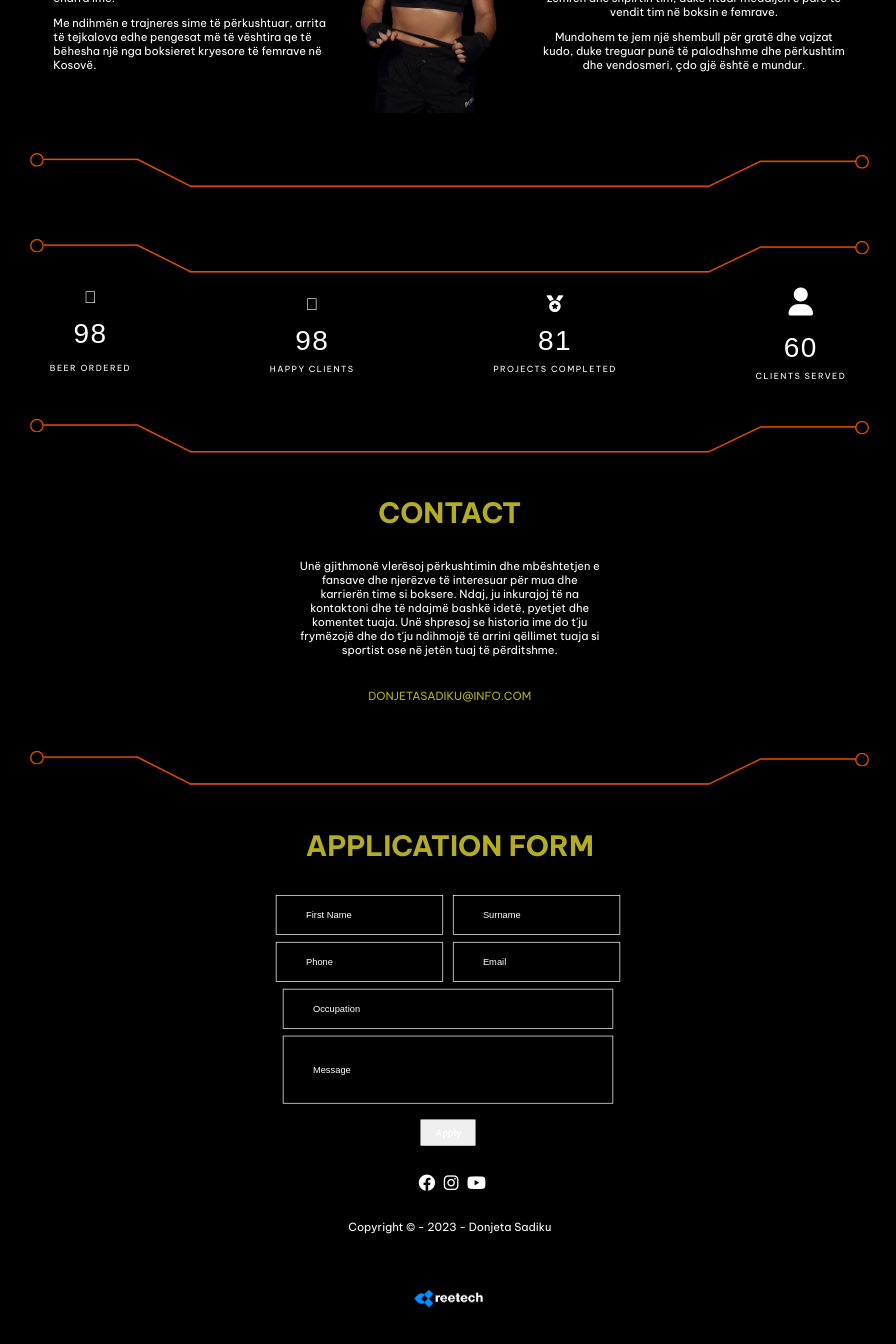
Repository: milot-morina/ds-boxing
Page: DS-Portfolio/index.html
An editor plug-in stored every save of this project. The page is shown before and after the next save, followed by the edit.
The browser window is 1280 px wide. The pictures show the part of the page from y = 2431 to 4351 px (the page is 4351 px tall before and 4349 px after), at 70% of full size.
A picture or video elsewhere on the page could not be fetched, so the positions and the page height are approximate.

Above is the page before, as saved 2023-03-22 08:28:24.

### DS-Portfolio/index.html
<!DOCTYPE html>
<html lang="en">
<head>
  <meta charset="UTF-8">
  <meta http-equiv="X-UA-Compatible" content="IE=edge">
  <meta name="viewport" content="width=device-width, initial-scale=1.0">
  <title>Donjeta Sadiku</title>
  <link rel="stylesheet" href="style.css">
  <link rel="stylesheet" href="https://cdnjs.cloudflare.com/ajax/libs/font-awesome/6.0.0-beta2/css/all.min.css" integrity="sha512-YWzhKL2whUzgiheMoBFwW8CKV4qpHQAEuvilg9FAn5VJUDwKZZxkJNuGM4XkWuk94WCrrwslk8yWNGmY1EduTA==" crossorigin="anonymous" referrerpolicy="no-referrer" />
  <link rel="icon" href="logofinal.png" type="image/icon type" style="width: 100%;">
  <link href="https://fonts.googleapis.com/css2?family=Be+Vietnam+Pro:wght@400;500;700&display=swap" rel="stylesheet">
</head>
<body>

  <section class="section1" id="home">
    <video muted autoplay loop style="pointer-events: none;">
      <source src="DS-Glitch.mp4" type="video/mp4">
    </video>
    <header class="hidden3">
      <div class="container">
        <nav class="navbar">
          <div class="brand-title">
            <img src="unitetiLogoFinal.png" alt="" width="130px">
          </div>
          <a href="#" class="toggle-button">
            <span class="bar"></span>
            <span class="bar"></span>
            <span class="bar"></span>
          </a>
          <div class="navbar-links">
            <ul>
              <li><a href="#home" class="home-btn">HOME</a></li>
              <li><a href="#club" class="header-club">CLUB</a></li>
              <li><a href="#contact" class="header-link a">CONTACT</a></li>
              <li><a href="#form" class="header-link a">FORM</a></li>
            </ul>
            <div class="socials">
            <i class="fa-brands fa-facebook"><a href="https://www.youtube.com/watch?v=dQw4w9WgXcQ"></a></i>
            <i class="fa-brands fa-instagram"></i>
            <i class="fa-brands fa-youtube"></i>
            <i class="fa-brands fa-app-store-ios"></i>
          </div>
          </div>

        </nav>
      </div>
    </header>
  </section>


  <img src="separator2.png" alt="" width="100%" style="margin-top: 40px;" class="first-seperator">


  <section class="section2 container row" id="club">

    <div class="images hidden2">
      <img src="handsUp.jpg" alt="">
    </div>
    <div class="text hidden">
      <p class="section-h hidden3">HISTORIA SHKRUHET!</p>
      <p class="section2-p hidden3">Nuk ka fjalë për t'u shprehur se sa krenare isha për të përfaqësuar vendin tim në skenën dhe për të marrë medalje ne kete nivel. Ishte një ndjenjë e mrekullueshme të përfaqësosh vendin tënd dhe të ndjehesh si një ambasador i saj në arenën nderkombetare.</p>
      <p class="section2-p hidden3">Në çdo moment të kësaj përvojeje, isha e mbuluar nga emocionet për rëndësinë që kjo ngjarje kishte për popullin tim dhe për boksierët shqiptarë. Nuk ishte thjesht një fitore personale, por ishte një fitore që përfaqësoi përparimin e boksi shqiptar dhe mundësinë e një të ardhme të ndritshme për sportin në vendin tonë.</p>
      <p class="section2-p hidden3">Kur mora medaljen olimpike, ndjeva një ndjenjë të thellë krenarie dhe një ndjesi të vërtetë prej triumfi. Ishte si të isha i gjithë vendlindja ime, duke festuar këtë arritje të madhe me mua. Nuk mund të mendoja për ndonjë gjë më të rëndësishme në atë moment, dhe do të mbaj gjithmonë këtë kujtim në zemrën time.</p>

    </div>

  </section>

  <img src="separator2.png" alt="" width="100%" style="margin-top: 30px;">


  <section class="section3 container">
    <p class="section-h">MEDALJET FLASIN VET!</p>
   <div class="row">
    <div class="text hidden2">
      <p>Viti me i suksesshem ne karrieren time . Solla dy medalje nje evropiane e një botërore. Dëshmova që une Donjeta Sadiku nuk dorërzohem asnjëher përkundrazi nuk kam dyshuar asnjëherë në veten time, mirpo tani po ndihem e kompletuar nën udhëheqjen e trajneres time Marjola Sallauka .</p>
      <p>Tash e tutje luftoj vetëm për medalje Olimpike. Unë besoj në vetën time dhe ju premtoj që me përkrahjen tuaj unë do ti realizoj këto synime . Faleminderit për përkrahje familjes time, Federatës së Boksit. Faleminderit trajnerës Marjola Sallauka për mjeshtërinë që tregon me punën e saj.</p>
    </div>
    <div class="images hidden">
      <img src="DplusMar.jpg" alt="" style="max-width: 640px;">
    </div>
   </div>

  </section>








  <img src="separator2.png" alt="" width="100%" style="margin-top: 30px;">




  <section class="section4 container" id="nft">
    <p class="section-h hidden3">HOLD THE VISION, TRUST THE PROCESS</p>
    <div class="row">
      <div class="text hidden2" style="text-align: left">
        <p>Unë jam Donjeta Sadiku, një boksere shqiptare që i kam kushtuar jetën sportit, e rritur në Prishtinë, Kosovë,
        </p>
        <p>Që nga një moshë e re, e dija se dëshiroja të bëhesha një boksere.Pavarësisht sfidave të shumta në rrugën time, nuk u dorëzova kurrë nga ëndrra ime.
        </p>
        <p>Me ndihmën e trajneres sime të përkushtuar, arrita të tejkalova edhe pengesat më të vështira qe të bëhesha një nga boksieret kryesore të femrave në Kosovë.</p>
      </div>
      <div class="hidden3">
        <div class="column">
          <img src="profilePic.png" alt="" style="width: 300px;">
          <!-- <img src="shadow.png" alt="" style="width: 300px;"> -->
        </div>
      </div>
      <div class="text hidden">
        <p>Punë e palodhshme dhe përkushtimi im iu kthye në mënyrë të mire kur përfaqësova vendin tim në Lojërat Olimpike të vitit 2020 në Tokyo, Japoni, duke fituar medaljen e parë të vendit tim në boksin e femrave.</p>
        <p>Pavarësisht konkurrencës së fortë nga disa nga boksieret më të mira të botës, luftova me të gjithë zemrën dhe shpirtin tim, duke fituar medaljen e parë të vendit tim në boksin e femrave.
        </p>
        <p>
          Mundohem te jem një shembull për gratë dhe vajzat kudo, duke treguar punë të palodhshme dhe përkushtim dhe vendosmeri, çdo gjë është e mundur.
        </p>
      </div>
    </div>

  </section>

  <img src="separator2.png" alt="" width="100%" style="margin-top: 30px;">
  <img src="separator2.png" alt="" width="100%" style="margin-top: 30px;">
  <!-- ktu section i ri -->
  <section class="wow fadeIn animated" style="visibility: visible; animation-name: fadeIn;">
    <div class="container">
      <div class="row">
        <!-- counter -->
        <div class="col-md-3 col-sm-6 bottom-margin text-center counter-section wow fadeInUp sm-margin-bottom-ten animated" data-wow-duration="300ms" style="visibility: visible; animation-duration: 300ms; animation-name: fadeInUp;">
          <i class="fa-light fa-award"></i>
          <span id="anim-number-pizza" class="counter-number"></span>
          <span class="timer counter alt-font appear" data-to="98" data-speed="7000">280</span>
          <p class="counter-title">Beer Ordered</p>
        </div>
        <!-- end counter -->
        <!-- counter -->
        <div class="col-md-3 col-sm-6 bottom-margin text-center counter-section wow fadeInUp sm-margin-bottom-ten animated" data-wow-duration="600ms" style="visibility: visible; animation-duration: 600ms; animation-name: fadeInUp;">
          <i class="fa-light fa-award"></i>
           <span class="timer counter alt-font appear" data-to="98" data-speed="7000">98</span>
          <span class="counter-title">Happy Clients</span>
        </div>
        <!-- end counter -->
        <!-- counter -->
        <div class="col-md-3 col-sm-6 bottom-margin-small text-center counter-section wow fadeInUp xs-margin-bottom-ten animated" data-wow-duration="900ms" style="visibility: visible; animation-duration: 900ms; animation-name: fadeInUp;">
          <i class="fa-sharp fa-solid fa-medal"></i>
           <span class="timer counter alt-font appear" data-to="81" data-speed="7000">81</span>
          <span class="counter-title">Projects Completed</span>
        </div>
        <!-- end counter -->
        <!-- counter -->
        <div class="col-md-3 col-sm-6 text-center counter-section wow fadeInUp animated" data-wow-duration="1200ms" style="visibility: visible; animation-duration: 1200ms; animation-name: fadeInUp;">
          <i class="fa fa-user medium-icon"></i>
           <span class="timer counter alt-font appear" data-to="60" data-speed="7000">60</span>
          <span class="counter-title">Clients Served</span>
        </div>
        <!-- end counter -->
      </div>
    </div>
  </section>


  <!-- perfunduon -->
  <img src="separator2.png" alt="" width="100%" style="margin-top: 30px;">

  <section class="section5 container" id="contact">
    <div class="text">
      <p class="section-h">CONTACT</p>
      <p>Unë gjithmonë vlerësoj përkushtimin dhe mbështetjen e fansave dhe njerëzve të interesuar për mua dhe karrierën time si boksere. Ndaj, ju inkurajoj të na kontaktoni dhe të ndajmë bashkë idetë, pyetjet dhe komentet tuaja. Unë shpresoj se historia ime do t'ju frymëzojë dhe do t'ju ndihmojë të arrini qëllimet tuaja si sportist ose në jetën tuaj të përditshme.</p>
      <p style="color: #B4AC25; margin-top: 45px;">DONJETASADIKU@INFO.COM</p>
    </div>
  </section>






 <img src="separator2.png" alt="" width="100%" style="margin-top: 30px;">

  <section class="section6 container" id="form">
    <div class="text">
      <p class="section-h">APPLICATION FORM</p>
    </div>
    <form action="#">
      <div class="form-row">
        <input type="text" placeholder="First Name">
        <input type="text"placeholder="Surname">
      </div>
      <div class="form-row">
        <input type="text" placeholder="Phone">
        <input type="email" placeholder="Email">
      </div>
      <div class="long-inputs-form">
        <input type="text" placeholder="Occupation"><br>
        <input type="text" placeholder="Message" style="padding-block: 40px;">
      </div>
    </form>
    <button class="home-btn">Apply</button>
    <div class="socials" style="margin-block: 40px;">
      <a href="https://www.facebook.com/your-page"><i class="fa-brands fa-facebook"></i></a>
      <a href="https://www.instagram.com/donjetasadikuofficial/"><i class="fa-brands fa-instagram"></i></a>
      <a href="https://www.youtube.com/channel/your-channel"><i class="fa-brands fa-youtube"></i></a>
      <!-- <a href="https://apps.apple.com/your-app"><i class="fa-brands fa-app-store-ios"></i></a> -->
    </div>


    <div class="text" style="margin-bottom: 40px;">
      <p>Copyright © - 2023 - Donjeta Sadiku </p>
    </div>


    <div style="background-color: rgba(0, 0, 0, 0.2); display: flex; justify-content: center; align-items: center;">
      <a class="navbar-brand" href="https://www.reetech.ch/">
        <img src="reetech.png" width="185" height="105" class="d-inline-block align-top" alt="">
      </a>
    </div>

  </section>




  <script src="script.js"></script>
</body>
</html>

### DS-Portfolio/style.css
html {
  scroll-behavior: smooth;
  transition: 2s;
  overflow-x: hidden;
}

body {
  text-align: center;
  overflow-x: hidden;
  font-family: 'Be Vietnam Pro', sans-serif;
  background-color: black !important;
}

/* header----*/


/*  */



/* #Fun Facts
================================================================================= */


.counter-section i { display:block; margin:0 0 10px}
.counter-section span.counter { font-size:40px; color: #fff; line-height:60px; display:block; font-family: "Oswald",sans-serif; letter-spacing: 2px}
.counter-title{ font-size:12px; letter-spacing:2px; text-transform: uppercase ;color: #fff;}
.counter-icon {top:25px; position:relative}
.counter-style2 .counter-title {letter-spacing: 0.55px; float: left;}
.counter-style2 span.counter {letter-spacing: 0.55px; float: left; margin-right: 10px;}
.counter-style2 i {float: right; line-height: 26px; margin: 0 10px 0 0}
.counter-subheadline span {float: right;}

.medium-icon {
    font-size: 40px !important;
    margin-bottom: 15px !important;
}

.container{
    margin-top:200px;
}



/*  */


header {
  background-color: transparent;
  width: 100%;
  position: absolute;
  top: 0;
  left: 0;

  z-index: 100;
}


.navbar {
  display: flex;
  flex-direction: column;
  justify-content: space-between;
  align-items: flex-start;
  color: black;
}



.navbar-links {
  width: 100%;
  display: none;
}

.navbar-links ul {
  margin: 0;
  padding: 0;
  display: flex;
  flex-direction: column;
  width: 100%;
  text-align: center;
}

.navbar-links li {
  list-style: none;
  font-size: 15px;

}

.navbar-links li a {
  text-decoration: none;
  color: white;

  display: block;
}


.toggle-button {
  position: absolute;
  top: .75rem;
  right: 1rem;
  display: flex;
  flex-direction: column;
  justify-content: space-between;
  width: 31px;
  height: 21px;
}

.bar {
  width: 100%;
  height: 3px;
  background-color: white;
  border-radius: 10px;
}

.navbar-links.active {
  display: flex;
  flex-direction: column;
  background-color: transparent;
}

i {
  color: white;
}

i:hover {
  color: #B4AC25;
  cursor: pointer;
}



video {
  width: 100%;
  position: relative;
  height: auto;
  pointer-events: none;
  display: none;
}



.socials {
  width: 47%;
  display: block;
  margin: 5px auto;
  text-align: center;
}

i {
  margin-left: 12px;
  font-size: 24px;
}


.header-club {
  color: white;
  padding-inline: 10px;
  margin-top: 5px;
  max-width: 80px;
  display: block;
  margin-inline: auto;
  font-weight: 700;
}


.header-club:hover {
  color: white;
  border-color: #B4AC25;

}

.home-btn {
  color: white;
  padding-inline: 10px;
  margin-top: 5px;
  max-width: 80px;
  display: block;
  margin-inline: auto;
  font-weight: 700;
}

.home-btn:hover {
  color: white;
  border-color: white;
  background-color: transparent;
  cursor: pointer;
}


.header-link {
  color: white;
  padding-inline: 10px;
  margin-top: 5px;
  max-width: 80px;
  display: block;
  margin-inline: auto;
  font-weight: 700;
}

.header-link:hover {
  color: #B4AC25;
}

a {
  position: relative;
}

a::after {
  content: " ";
  position: absolute;
  background-color: #B4AC25;
  height: 3px;
  width: 0;
  left: 0;
  bottom: -10px;
  transition: 0.3s;
}

a:hover::after {
  width: 100%;
}





/*---------------header-----------*/




/*---------------------- collapsible table ------------------------*/

.main-collapsible {
  background-color: transparent;
  color: black;
  width: 100%;
  margin-inline: auto;
  margin-block: 120px 40px;
}



.container-collapsible {
  width: 100%;
  margin: 0 auto;
  display: flex;
  flex-direction: column;
  align-items: center;
}


hr {
  background-color: white;
  width: 90%;
  display: block;
  margin-inline: auto;
}



.collapsible-button {
  background-color: rgb(24, 24, 24);
  color: gray;
  cursor: pointer;
  padding: 5px;
  width: 93%;
  border-bottom: 1px solid white;
  display: flex;
  align-items: center;
  justify-content: space-between;
  text-align: left;
  outline: none;
  font-size: 15px;
  border: none;
}





.button-name-collapsible {
  color: white;
  text-align: left;
  outline: none;
  font-size: 16px;

}


.button-name-collapsible:hover {
  color: #B4AC25;
}



.collapsible-button:after {
  content: '\002B';
  color: white;
  font-weight: bold;
  float: right;
  margin-left: 5px;
  font-size: 24px;
}

.collapsible-button:hover::after{
  color: #B4AC25;
}

.active:after {
  content: "\2212";
}

.content {
  width: 93%;
  max-height: 0;
  overflow: hidden;
  transition: max-height 0.2s ease-out;
  background-color:  rgb(24, 24, 24);
  color: white;
  margin-bottom: 10px;
}

/*---------------------- collapsible table ------------------------*/



/*----------animations------------*/

.hidden {
  opacity: 0;
  filter: blur(2px);
  transform: translateX(60%);
  transition: all 700ms;
}


.hidden2 {
  opacity: 0;
  filter: blur(2px);
  transform: translateX(-60%);
  transition: all 700ms;
}

.hidden3 {
  opacity: 0;
  filter: blur(2px);
  transform: translateY(-5%);
  transition: all .7s;
}



.show {
  opacity: 1;
  filter: blur(0);
  transform: translateX(0);
}


@media(prefers-reduced-motion) {
  .hidden {
    transition: none;
  }
}

/*--------------animations------------------*/


/*---------main---------------*/

body {
  background-color: black;

}


.container {
  width: 90%;
  margin: 0 auto;
}



.first-seperator {
  display: none;
}

@media(min-width: 687px) and (max-width: 900px) {
  .column {
    display: flex;
    flex-direction: column;
    width: 100%;
    margin-left: 28%;
  }
}


.row2 {
  display: flex;
  align-items: center;
  justify-content: space-between;
}

.section2 {
  margin-top: 70px;
}

.section2 img {
  width: 80%;
  max-width: 500px;
  display: block;
  margin-inline: auto;
}

.text {
  color: white;
  max-width: 440px;
  display: block;
  margin-inline: auto;
}

.text p {
  font-weight: 400;
  margin-left: 5px;
}

.text .section-h,
.section-h {
  font-size: clamp(2.15rem, 2.5rem, 3.2rem);
  color: #B4AC25;
  font-weight: 700;
}

.images img {
  max-width: 550px;
  width: 100%;
}

.section3 .images img {
  width: 100%;
}


input {
  background-color: transparent;
  color: white;
  border: 1px solid white;
  padding: 20px 30px;
  margin: 5px;
  max-width: 410px;
}

input::placeholder {
  color: white;
  padding: 12px;
}

.long-inputs-form > input{
  width: 170px;
}

.section6 button{
  margin-top: 17px;
  padding: 10px 20px;
}

.section6 .socials{
  justify-content: center;
}



@media (min-width: 555px) {
  video {
    display: block;
  }

  .long-inputs-form > input{
    width: 470px;
  }

}


@media(min-width: 865px) {


  .toggle-button {
    display: none;
  }

  .navbar {
    flex-direction: row;
    align-items: center;
    justify-content: space-between;
  }

  .navbar-links  {
    display: flex;
    width: 100%;
    align-items: center;
  }

  .navbar-links ul {
    flex-direction: row;
    justify-content: center;
  }

  .navbar-links.active {
    flex-direction: row;
  }

  .socials {
    width: 6%;
    display: flex;
    justify-content: right;
  }

  .header-club {
    margin-left: 14px;
  }

}





@media (min-width: 900px) {
  .row {
    display: flex;
    justify-content: space-between;
    align-items: center;
  }

  .div {
    display: flex;
    justify-content: space-between;
    align-items: center;
    width: 100%;
    margin: 0 auto;
  }


  .long-inputs-form > input{
    width: 470px;
  }

}







/*---------------main-------------*/

### DS-Portfolio/script.js
const toggleButton = document.getElementsByClassName('toggle-button')[0]
const navbarLinks = document.getElementsByClassName('navbar-links')[0]

toggleButton.addEventListener('click', () => {
  navbarLinks.classList.toggle('active')
})

//
  // Function to animate the number counters
function animateNumberCounters() {
  // Get all the counter elements
  const counters = document.querySelectorAll('.timer');

  // Loop through the counters
  counters.forEach(counter => {
    // Get the target number from the data-to attribute
    const target = parseInt(counter.getAttribute('data-to'));

    // Set the initial count to zero
    let count = 0;

    // Set the interval to update the count
    const timer = setInterval(() => {
      // Increment the count
      count++;

      // Update the counter element with the new count
      counter.textContent = count;

      // Stop the interval when the target number is reached
      if (count === target) {
        clearInterval(timer);
      }
    }, 10);
  });
}

// Call the animateNumberCounters function when the page is loaded
window.addEventListener('load', animateNumberCounters);


//




const observer = new IntersectionObserver((entries) => {
  entries.forEach((entry) => {
    console.log(entry)
    if (entry.isIntersecting) {
      entry.target.classList.add('show')
    } else {
      entry.target.classList.remove('show')
    }
  })
})

const hiddenElements = document.querySelectorAll('.hidden')
const hiddenElements2 = document.querySelectorAll('.hidden2')
const hiddenElements3 = document.querySelectorAll('.hidden3')
hiddenElements.forEach((el) => observer.observe(el))
hiddenElements2.forEach((el) => observer.observe(el))
hiddenElements3.forEach((el) => observer.observe(el))






//collapbsibleTable
let coll = document.getElementsByClassName("collapsible-button");
let i;

for (i = 0; i < coll.length; i++) {
  coll[i].addEventListener("click", function() {
    this.classList.toggle("active");
    let content = this.nextElementSibling;
    if (content.style.maxHeight){
      content.style.maxHeight = null;
    } else {
      content.style.maxHeight = content.scrollHeight + "px";
    }
  });
}

After the next save:
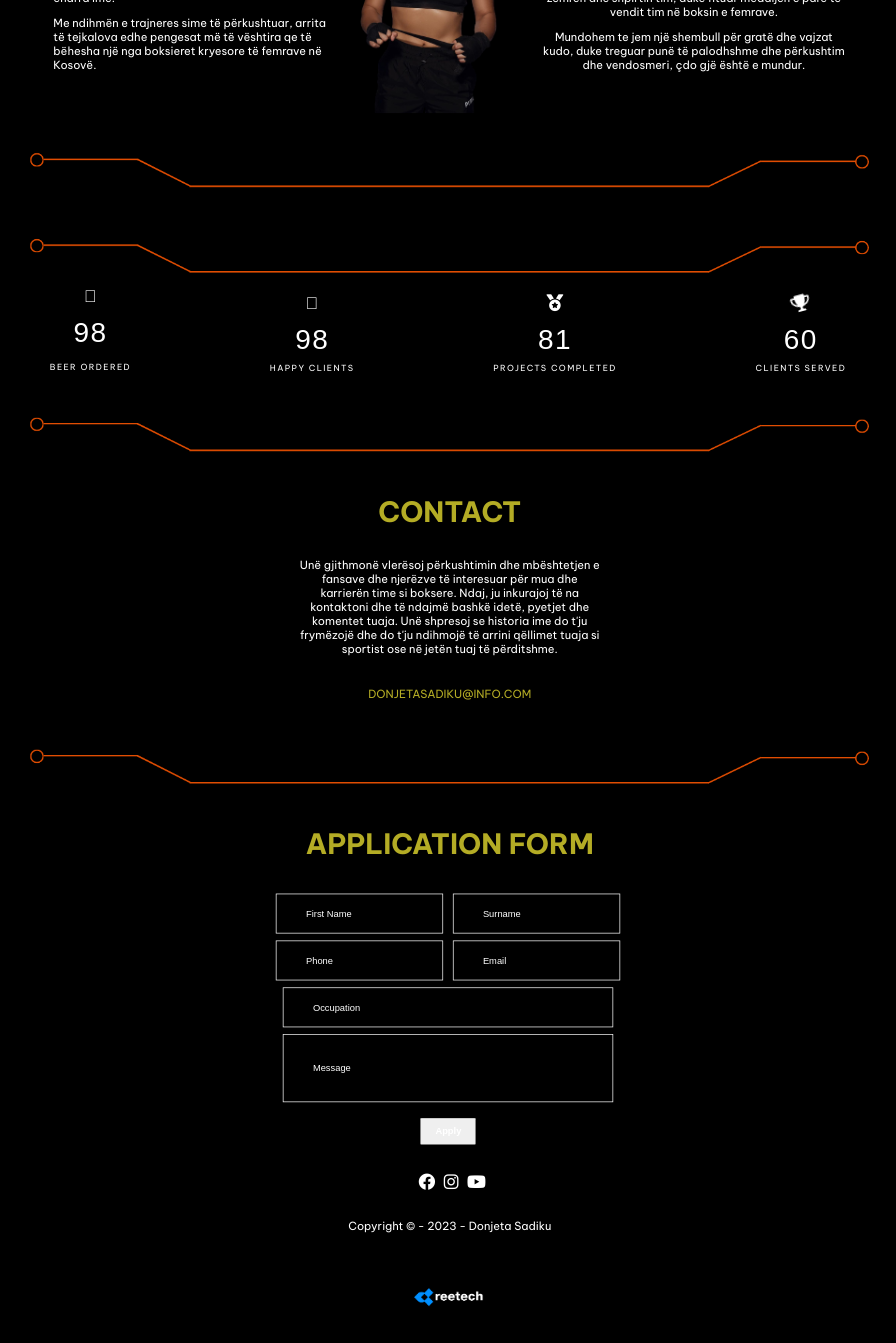
Saved 55 s later.
--- a/DS-Portfolio/index.html
+++ b/DS-Portfolio/index.html
@@ -153,7 +153,7 @@
         <!-- end counter -->
         <!-- counter -->
         <div class="col-md-3 col-sm-6 text-center counter-section wow fadeInUp animated" data-wow-duration="1200ms" style="visibility: visible; animation-duration: 1200ms; animation-name: fadeInUp;">
-          <i class="fa fa-user medium-icon"></i>
+          <i class="fa-sharp fa-solid fa-trophy fa-shake"></i>
            <span class="timer counter alt-font appear" data-to="60" data-speed="7000">60</span>
           <span class="counter-title">Clients Served</span>
         </div>
